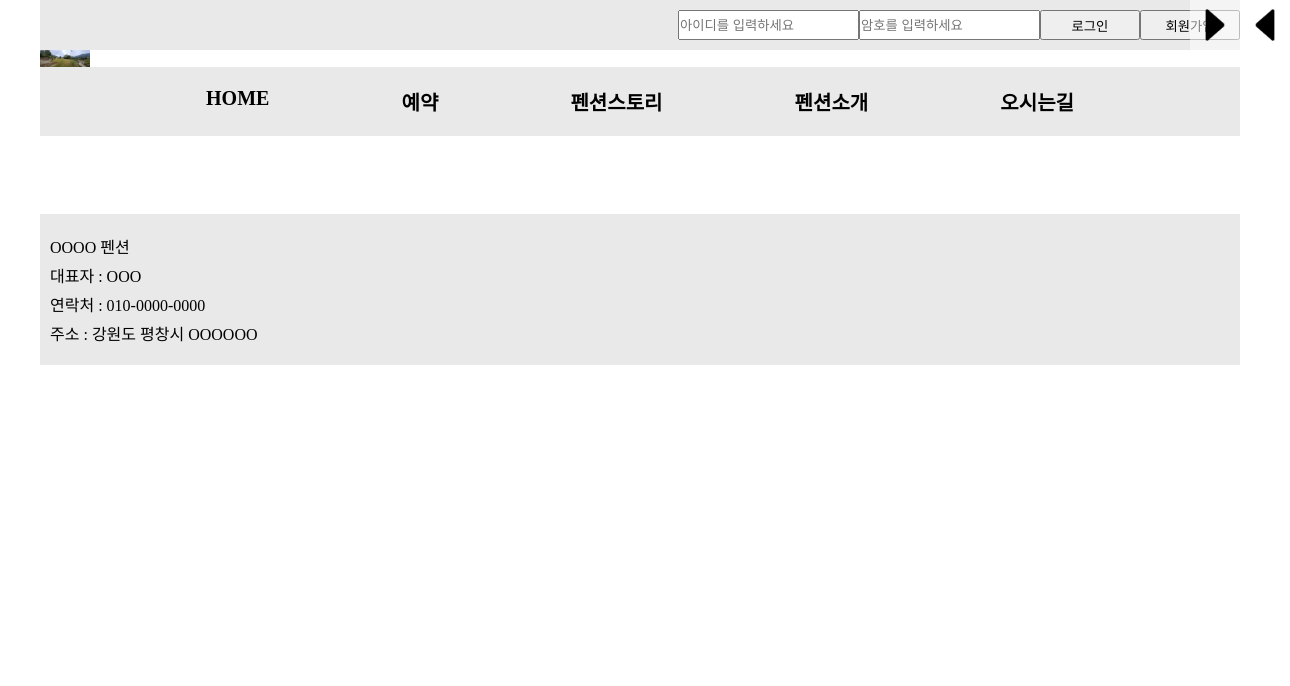
Repository: cdnwell/Jsp
Page: http://localhost/total/
An editor plug-in stored every save of this project. The page is shown before and after the next save, followed by the edit.
The browser window is 1280 px wide. The page is 1290 px wide, so the pictures cover 1290 px, including what lies to the right of the window. The pictures show the whole page.
The page is served by Tomcat 9.

Above is the page before, as saved 2022-06-30 06:48:19.

### total/src/main/webapp/index.jsp
<%@ page language="java" contentType="text/html; charset=UTF-8"
    pageEncoding="UTF-8"%>
<!DOCTYPE html>
<html>
<head>
    <meta charset='utf-8'>
    <meta http-equiv='X-UA-Compatible' content='IE=edge'>
    <title>펜션</title>
    <meta name='viewport' content='width=device-width, initial-scale=1'>

</head>
<body>
<div class="flex_container">
<jsp:include page="template/pheader.jsp"></jsp:include>
<section>
    <article>
        <h2>공지사항</h2>
        <table>
            <tr>
                <th>글번호</th>
                <th>제목</th>
                <th>작성일</th>
                <th>조회수</th>
            </tr>
            <tr>
                <td>5</td>
                <td>제목1</td>
                <td>2021-07-26</td>
                <td>33</td>
            </tr>
            <tr>
                <td>4</td>
                <td>제목2</td>
                <td>2021-07-25</td>
                <td>543</td>
            </tr>
            <tr>
                <td>3</td>
                <td>제목3</td>
                <td>2021-07-23</td>
                <td>331</td>
            </tr>
            <tr>
                <td>2</td>
                <td>제목4</td>
                <td>2021-07-22</td>
                <td>33</td>
            </tr>
            <tr>
                <td>1</td>
                <td>제목5</td>
                <td>2021-07-21</td>
                <td>13</td>
            </tr>
        </table>
    </article>
    <article>
        <h2>이벤트</h2>
        <table>
            <tr>
                <th>글번호</th>
                <th>제목</th>
                <th>작성일</th>
                <th>조회수</th>
            </tr>
            <tr>
                <td>5</td>
                <td>제목1</td>
                <td>2021-07-26</td>
                <td>33</td>
            </tr>
            <tr>
                <td>4</td>
                <td>제목2</td>
                <td>2021-07-25</td>
                <td>543</td>
            </tr>
            <tr>
                <td>3</td>
                <td>제목3</td>
                <td>2021-07-23</td>
                <td>331</td>
            </tr>
            <tr>
                <td>2</td>
                <td>제목4</td>
                <td>2021-07-22</td>
                <td>33</td>
            </tr>
            <tr>
                <td>1</td>
                <td>제목5</td>
                <td>2021-07-21</td>
                <td>13</td>
            </tr>
        </table>
    </article>
</section>
<jsp:include page="template/pfooter.jsp"></jsp:include>
</div>
</body>
</html>

### total/src/main/webapp/template/pheader.jsp
<%@ page language="java" contentType="text/html; charset=UTF-8"
	pageEncoding="UTF-8"%>
<style>
    	*{
            margin: 0;
            padding: 0;
        }
        .flex_container{
            display: flex;
            flex-direction: column;
            width: 1200px;
            margin: 0 auto;
            font-size: 0px;
        }
        #member_bar{
            height: 50px;
            background-color: #e9e9e9;
            text-align: right;
        }
        #member_bar img{
            width: 50px;
            float: left;
        }
        .login_form{
        	display:inline-block;
        	width: 600px;
        	padding: 10px 0px;
        }
        .login_form > form{
        	display:flex;
        	flex-direction:row;
        	justify-content:flex-end;
        }
        .login_form > form > *{
        	height: 30px;
        	box-sizing: border-box;
        }
        .login_form > form > button{
        	width: 100px;
        }
        .profile > p{
            width: 200px;
            float: left;
            font-size: 16px;
            text-align: left;
            padding-left: 5px;
            margin-top: 2px;
        }
        .profile{
            width: 300px;
            display: inline-block;
        }
        nav{
            padding:20px 100px;
            background-color: #e9e9e9;
        }
        nav ul{
            list-style-type: none;
            display: flex;
            flex-direction: row;
            justify-content: space-around;
        }

        nav a:link,nav a:visited{
            font-size: 20px;
            font-weight: bold;
            text-decoration: none;
            color:black;
        }
        .ad_img {
            position: relative;
        }
        .ad_img button{
            background: none;
            border: none;
            position: absolute;
            background-color: rgba(255, 255, 255, 0.5);
            width: 50px;
            height: 50px;
        }
        .ad_img button img{
            width: 50px;
        }
        .left_arrow{
            top : calc(50% - 50px);
        }
        .right_arrow{
            top : calc(50% - 50px);
            right: 0px;
            transform: rotate(180deg);
        }
    </style>


<header>
	<div id="member_bar">
		<%
		String id = (String) session.getAttribute("id");

		if (id == null) {
		%>
		<div class="login_form">
			<form action="login_process.jsp" method="post">
				<input type="text" name="id" placeholder="아이디를 입력하세요">
				<input type="password" name="pass" placeholder="암호를 입력하세요">
				<button>로그인</button><button id="btn_register" type="button">회원가입</button>
			</form>
		</div>
		 <%
	} else {
	%>
		<div class="profile">
			<img src="resource/images/profile.png" alt="">
			<p>OOO로그인 하셨습니다.</p>
			<p><a href="logout.jsp">로그아웃</a> | 정보수정</p>
		</div>
		 <%
	}
	%>



		<!-- 나중에 회원가입을 누르면 자바스크립트로 회원가입 페이지로 이동시키기 -->


	<div class="ad_img">
		<button class="left_arrow">
			<img src="resource/images/left_arrow.png" alt="">
		</button>
		<button class="right_arrow">
			<img src="resource/images/left_arrow.png" alt="">
		</button>
		<img src="resource/images/main_4.jpg" alt="">
	</div>
</header>
<nav>
	<ul>
		<li><a href="main.jsp">HOME</a></li>
		<li><a href="sub_page2.jsp">예약</a></li>
		<li><a href="#">펜션스토리</a></li>
		<li><a href="#">펜션소개</a></li>
		<li><a href="sub_page1.jsp">오시는길</a></li>
	</ul>
</nav>

### total/src/main/webapp/template/pfooter.jsp
<%@ page language="java" contentType="text/html; charset=UTF-8"
    pageEncoding="UTF-8"%>
    <style>
footer {
	margin-top: 50px;
	padding: 15px 10px;
	font-size: 16px;
	background-color: #e9e9e9;
}
footer ul {
	list-style-type: none;
}
footer ul li {
	margin: 5px 0px;
}
</style>
<footer>
      <ul>
         <li>OOOO 펜션</li>
         <li>대표자 : OOO</li>
         <li>연락처 : 010-0000-0000</li>
         <li>주소 : 강원도 평창시 OOOOOO</li>
      </ul>
   </footer>

After the next save:
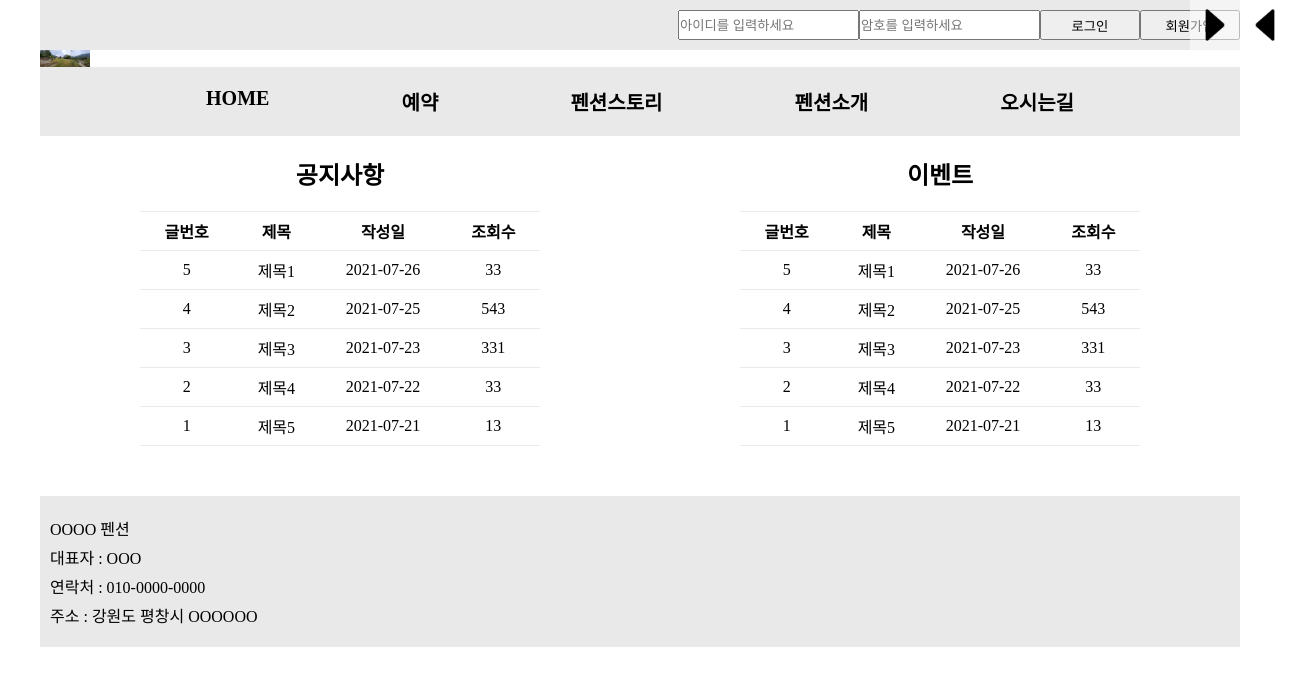
Saved 20 s later.
--- a/total/src/main/webapp/index.jsp
+++ b/total/src/main/webapp/index.jsp
@@ -7,7 +7,35 @@
     <meta http-equiv='X-UA-Compatible' content='IE=edge'>
     <title>펜션</title>
     <meta name='viewport' content='width=device-width, initial-scale=1'>
+     <style>
 
+        section{
+            margin-top: 20px;
+            display: flex;
+            flex-direction: row;
+            justify-content: space-around;
+        }
+        section h2{
+            font-size : 24px;
+            margin-bottom: 20px;
+            text-align: center;
+        }
+        section table{
+            width: 100%;
+            border-collapse: collapse;
+            font-size: 16px;
+            text-align: center;
+        }
+        section table td,section table th{
+            padding:7px 20px;
+            border-top: 1px solid #e9e9e9;
+            border-bottom: 1px solid #e9e9e9;
+        }
+        article{
+            width: 400px;
+        }
+
+    </style>
 </head>
 <body>
 <div class="flex_container">
